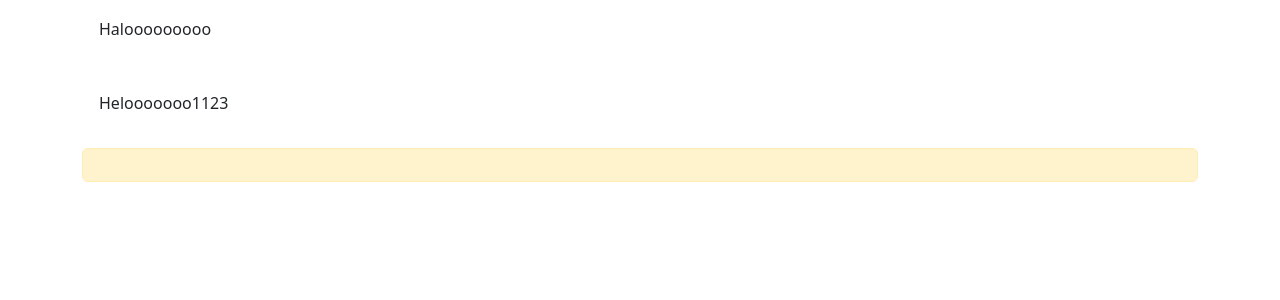
Repository: hcozyph/cybersoft_JS_5_T-ch-h-m
Page: index.htm
An editor plug-in stored every save of this project. The page is shown before and after the next save, followed by the edit.
The browser window is 1280 px wide. The pictures show the whole page.

Above is the page before, as saved 2023-02-05 10:31:21.

After the next save:
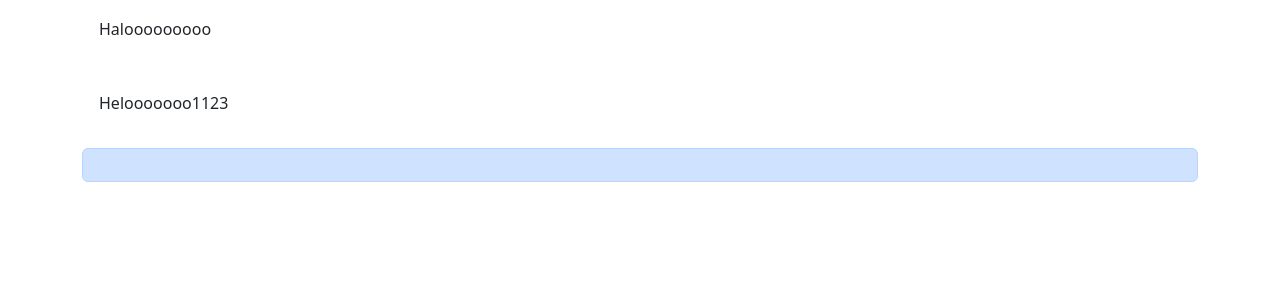
Saved 36 s later.
--- a/index.htm
+++ b/index.htm
@@ -28,7 +28,7 @@
             <p class="alert alert-morning my-3" id="output-p">Helooooooo1123</p>
 
             <span
-                class="d-block alert alert-warning my-3"
+                class="d-block alert alert-primary my-3"
                 id="output-span"
             ></span>
         </div>
